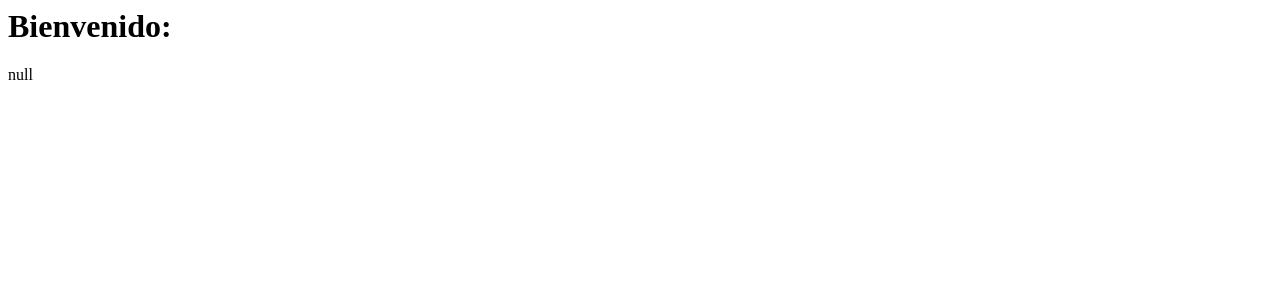
Repository: angegon/Developing-Applications-for-the-Java-EE-Platform
Page: http://localhost/03_ejemplo_parametros/SaludoPersonal
An editor plug-in stored every save of this project. The page is shown before and after the next save, followed by the edit.
The browser window is 1280 px wide. The pictures show the whole page.
The page is served by Tomcat 9.

Above is the page before, as saved 2016-12-20 16:19:25.

After the next save:
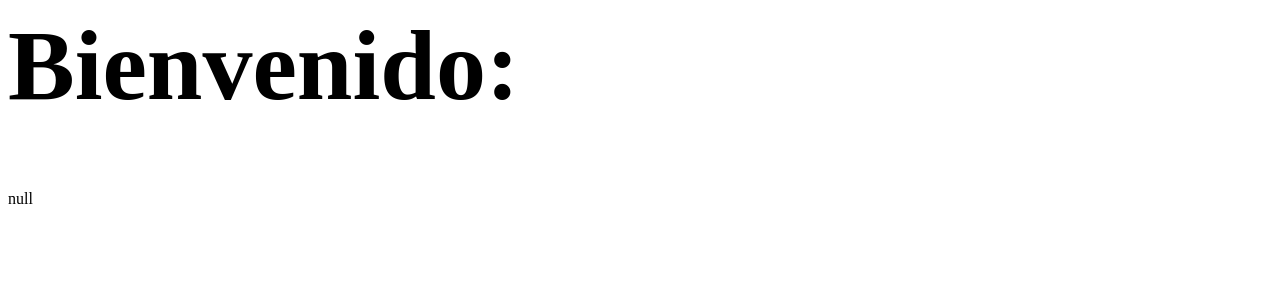
Saved 2 min 10 s later.
--- a/javaee/03_ejemplo_parametros/src/servlets/SaludoPersonal.java
+++ b/javaee/03_ejemplo_parametros/src/servlets/SaludoPersonal.java
@@ -22,7 +22,7 @@ public class SaludoPersonal extends HttpServlet {
 		try ( PrintWriter out = response.getWriter();){		//Entre los métodos del response, parametro.
 			out.println("<html>");
 			out.println("<body>");
-			out.println("<h1>Bienvenido:</h1>"+nombre);
+			out.println("<h1 style='font-size:100px'>Bienvenido:</h1>"+nombre);
 			out.println("</body>");
 			out.println("</html>");
 		}
